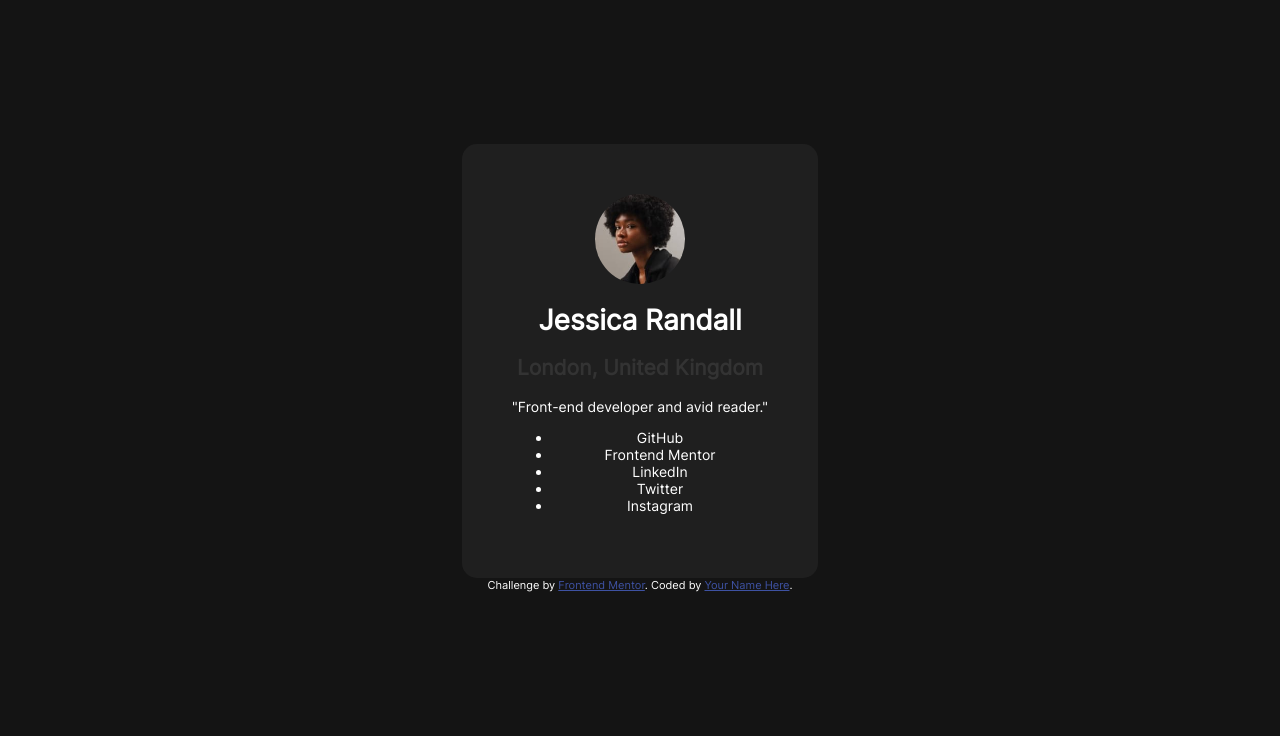
Repository: RudyJ/social-links-profile
Page: index.html
An editor plug-in stored every save of this project. The page is shown before and after the next save, followed by the edit.
The browser window is 1280 px wide. The pictures show the whole page.

Above is the page before, as saved 2024-04-02 19:45:01.

After the next save:
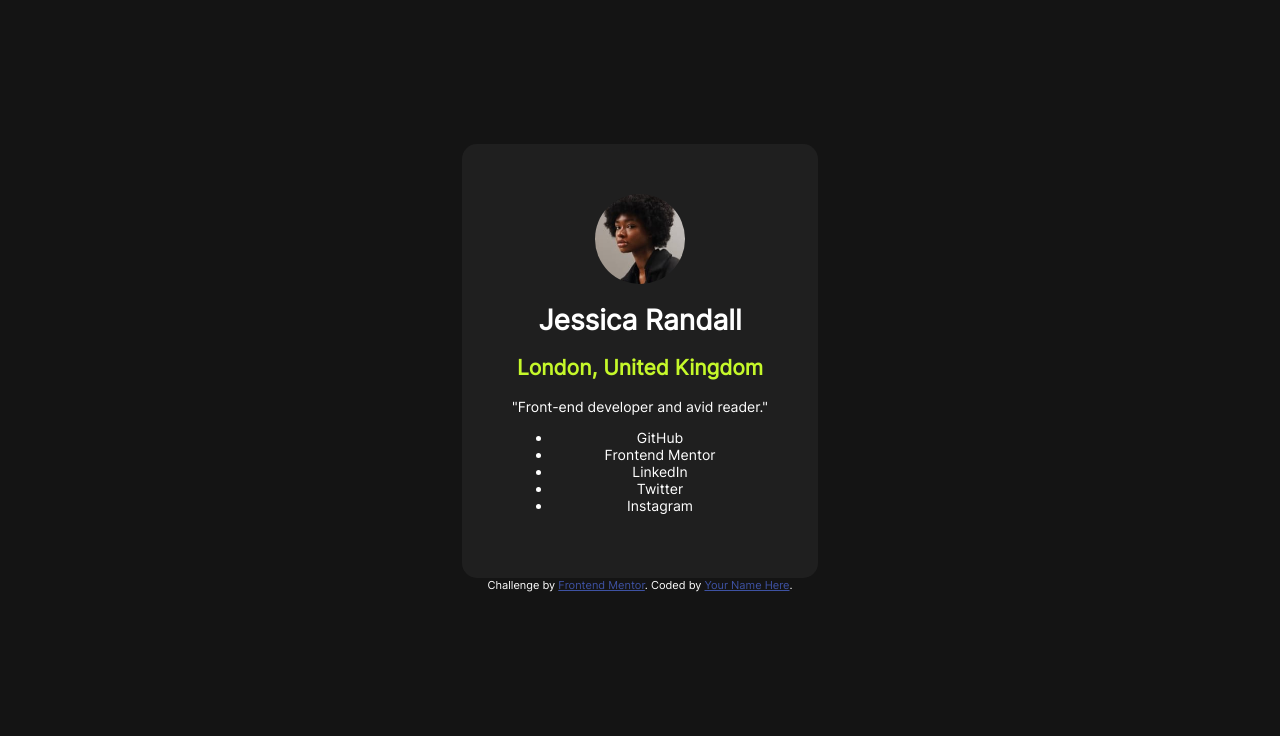
Saved 58 s later.
--- a/assets/css/style.css
+++ b/assets/css/style.css
@@ -46,7 +46,7 @@ body .card h1 {
 
 }
 body .card h2 {
-    color: hsl(0, 0%, 20%);
+    color: hsl(75, 94%, 57%);
 }
 body .card p {
 
